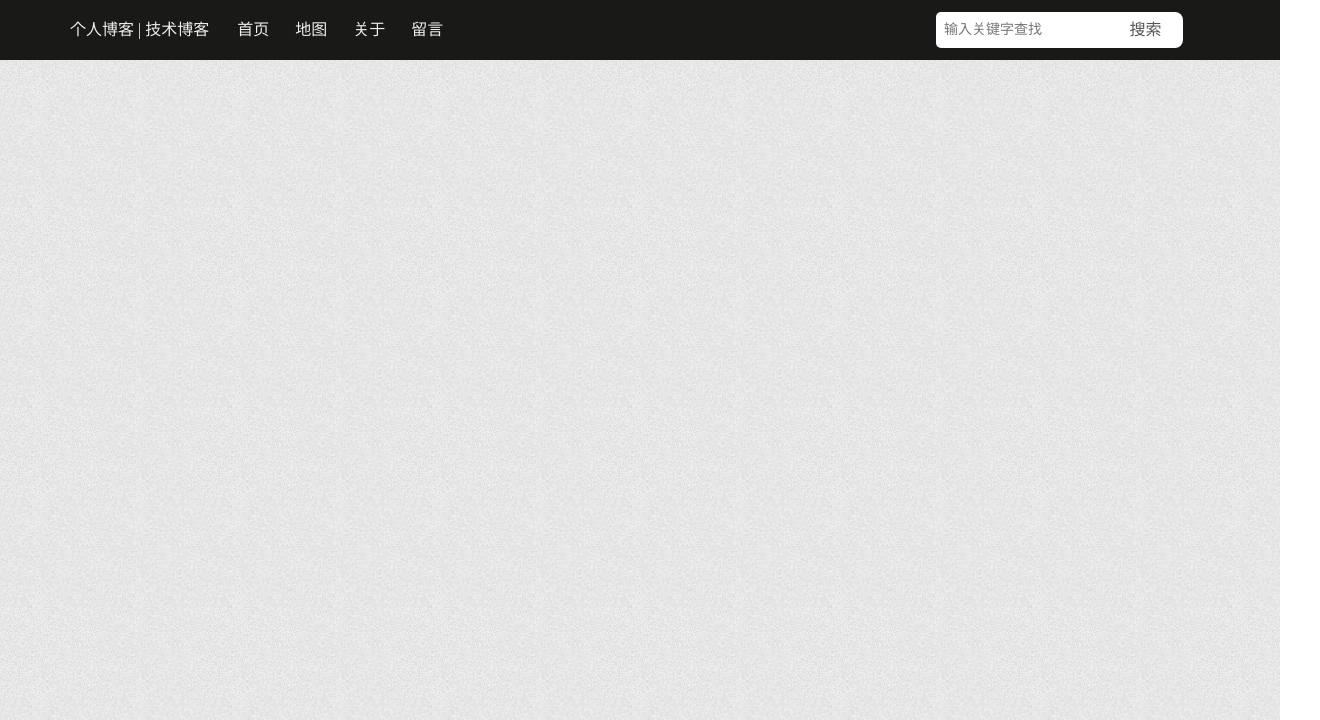
Repository: li1214/my_blog
Page: page/map.html
The author's editor kept a copy of each file at every save. The page is drawn from the files as they stood at one save, then again after the next save.
The browser window is 1280 px wide. The page is 1280 px wide, then 1320 px, so the pictures cover 1320 px, including what lies to the right of the window. The pictures show the whole page.

Above is the page before, as saved 2019-01-04 13:55:10.

After the next save:
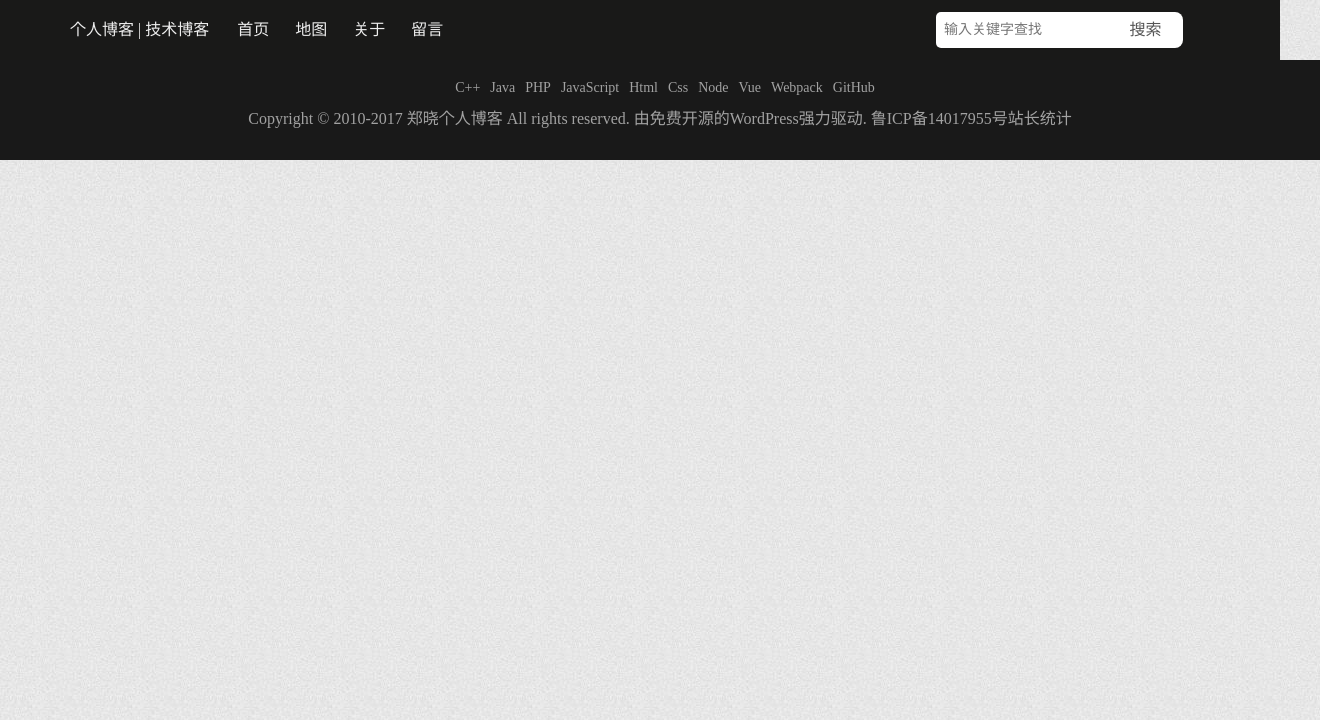
Saved 13 s later.
--- a/page/map.html
+++ b/page/map.html
@@ -24,5 +24,20 @@
             </div>
         </div>
     </header>
+    <footer>
+        <ul>
+            <li>C++</li>
+            <li>Java</li>
+            <li>PHP</li>
+            <li>JavaScript</li>
+            <li>Html</li>
+            <li>Css</li>
+            <li>Node</li>
+            <li>Vue</li>
+            <li>Webpack</li>
+            <li>GitHub</li>
+        </ul>
+        <p>Copyright © 2010-2017 郑晓个人博客 All rights reserved. 由免费开源的WordPress强力驱动. 鲁ICP备14017955号站长统计</p>
+    </footer>
 </body>
 </html>
